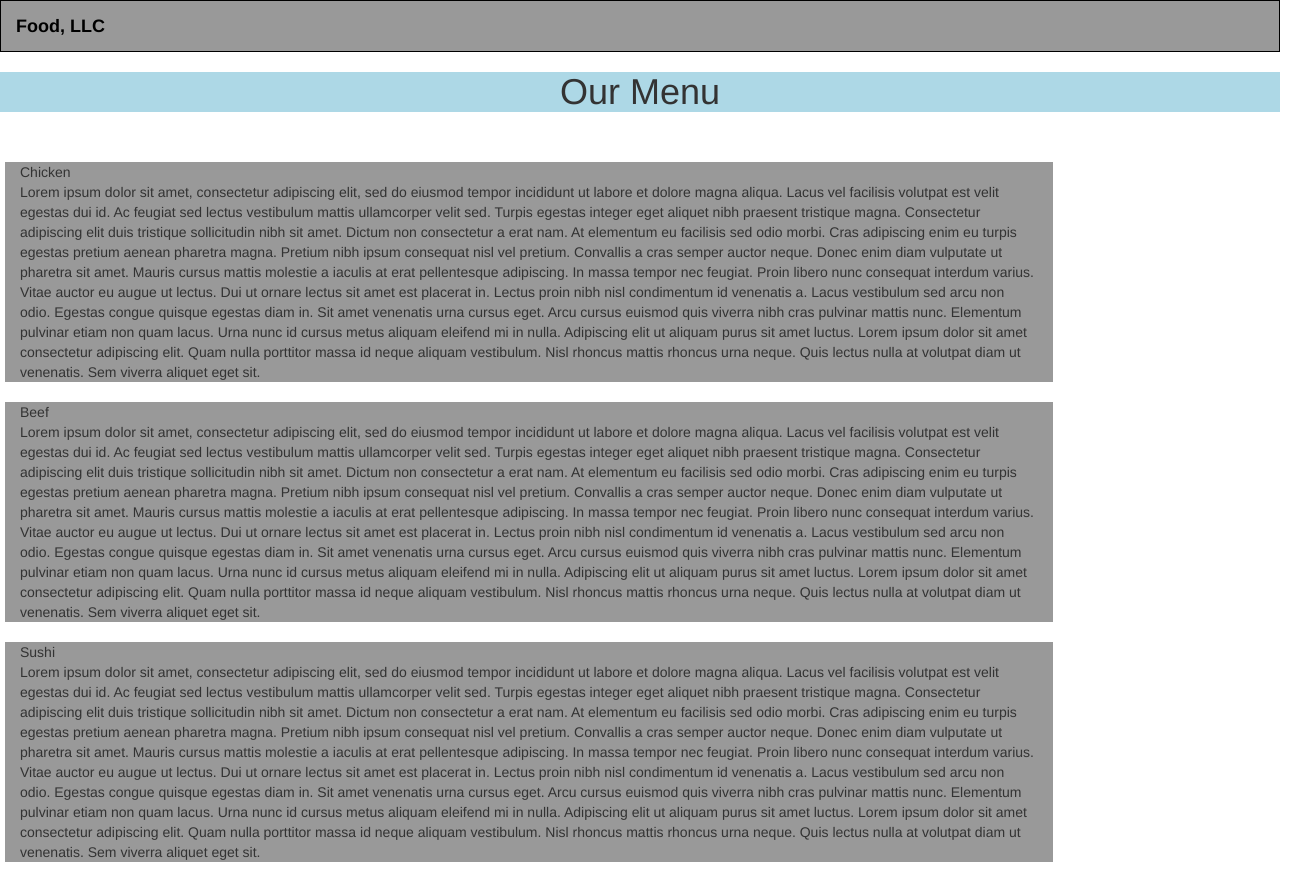
Repository: Cynthia-woo/coursera_frontend_JHU
Page: module3-solution/index.html
These files come from the project's save history. The page is drawn as it stood at one moment and after the next save; the edit follows.
The browser window is 1280 px wide. The page is 1295 px wide, so the pictures cover 1295 px, including what lies to the right of the window. The pictures show the whole page.

Above is the page before, as saved 2024-04-20 02:51:30.

### module3-solution/index.html
<!doctype html>
<html lang="en">
  <head>
    <meta charset="utf-8">
    <meta http-equiv="X-UA-Compatible" content="IE=edge">
    <meta name="viewport" content="width=device-width, initial-scale=1">

    <!-- HTML5 shim and Respond.js for IE8 support of HTML5 elements and media queries -->
    <!-- WARNING: Respond.js doesn't work if you view the page via file:// -->
    <!--[if lt IE 9]>
      <script src="https://oss.maxcdn.com/html5shiv/3.7.2/html5shiv.min.js"></script>
      <script src="https://oss.maxcdn.com/respond/1.4.2/respond.min.js"></script>
    <![endif]-->

    <title>Assignment3-solution</title>
    <link rel="stylesheet" href="css/bootstrap.min.css">
    <link rel="stylesheet" href="css/styles.css">
  </head>
<body>
    <header>
        <nav id="header-nav" class="navbar navbar-default">
          <div class="container-fluid">
            <div class="navbar-header">
              <div class="navbar-brand">
                <a href="index.html"><span>Food, LLC</span></a>
              </div>

              <button type="button" class="navbar-toggle collapsed" data-toggle="collapse" data-target="#collapsable-nav" aria-expanded="false">
                <span class="sr-only">Toggle navigation</span>
                <span class="icon-bar"></span>
                <span class="icon-bar"></span>
                <span class="icon-bar"></span>
              </button>
            </div>


            <div id="collapsable-nav" class="collapse navbar-collapse hidden-lg hidden-md">
               <ul id="nav-list" class="nav navbar-nav navbar-right">
                <li>
                  <a href="menu-categories.html">
                    <br class="hidden-xs">Chicken</a>
                </li>
                <li>
                  <a href="#">
                    </span><br class="hidden-xs">Beef</a>
                </li>
                <li>
                  <a href="#">
                    <br class="hidden-xs">Sushi</a>
                </li>
              </ul><!-- #nav-list -->
            </div><!-- .collapse .navbar-collapse -->
          </div><!-- .container -->
        </nav><!-- #header-nav -->
      </header>

      <h1 id="main_title">Our Menu</h1>

      <section>
        <div id="home-tiles" class="row">
            <div class="col-md-12 col-sm-12 col-xs-12">
                <div class="dish_title">Chicken</div>
                <div class="dish_detail">Lorem ipsum dolor sit amet, consectetur adipiscing elit, sed do eiusmod tempor incididunt ut labore et dolore magna aliqua. Lacus vel facilisis volutpat est velit egestas dui id. Ac feugiat sed lectus vestibulum mattis ullamcorper velit sed. Turpis egestas integer eget aliquet nibh praesent tristique magna. Consectetur adipiscing elit duis tristique sollicitudin nibh sit amet. Dictum non consectetur a erat nam. At elementum eu facilisis sed odio morbi. Cras adipiscing enim eu turpis egestas pretium aenean pharetra magna. Pretium nibh ipsum consequat nisl vel pretium. Convallis a cras semper auctor neque. Donec enim diam vulputate ut pharetra sit amet. Mauris cursus mattis molestie a iaculis at erat pellentesque adipiscing. In massa tempor nec feugiat. Proin libero nunc consequat interdum varius. Vitae auctor eu augue ut lectus.

                    Dui ut ornare lectus sit amet est placerat in. Lectus proin nibh nisl condimentum id venenatis a. Lacus vestibulum sed arcu non odio. Egestas congue quisque egestas diam in. Sit amet venenatis urna cursus eget. Arcu cursus euismod quis viverra nibh cras pulvinar mattis nunc. Elementum pulvinar etiam non quam lacus. Urna nunc id cursus metus aliquam eleifend mi in nulla. Adipiscing elit ut aliquam purus sit amet luctus. Lorem ipsum dolor sit amet consectetur adipiscing elit. Quam nulla porttitor massa id neque aliquam vestibulum. Nisl rhoncus mattis rhoncus urna neque. Quis lectus nulla at volutpat diam ut venenatis. Sem viverra aliquet eget sit.</div>
            </div>
            <div class="col-md-12 col-sm-12 col-xs-12">
                <div class="dish_title">Beef</div>
                <div class="dish_detail">Lorem ipsum dolor sit amet, consectetur adipiscing elit, sed do eiusmod tempor incididunt ut labore et dolore magna aliqua. Lacus vel facilisis volutpat est velit egestas dui id. Ac feugiat sed lectus vestibulum mattis ullamcorper velit sed. Turpis egestas integer eget aliquet nibh praesent tristique magna. Consectetur adipiscing elit duis tristique sollicitudin nibh sit amet. Dictum non consectetur a erat nam. At elementum eu facilisis sed odio morbi. Cras adipiscing enim eu turpis egestas pretium aenean pharetra magna. Pretium nibh ipsum consequat nisl vel pretium. Convallis a cras semper auctor neque. Donec enim diam vulputate ut pharetra sit amet. Mauris cursus mattis molestie a iaculis at erat pellentesque adipiscing. In massa tempor nec feugiat. Proin libero nunc consequat interdum varius. Vitae auctor eu augue ut lectus.

                    Dui ut ornare lectus sit amet est placerat in. Lectus proin nibh nisl condimentum id venenatis a. Lacus vestibulum sed arcu non odio. Egestas congue quisque egestas diam in. Sit amet venenatis urna cursus eget. Arcu cursus euismod quis viverra nibh cras pulvinar mattis nunc. Elementum pulvinar etiam non quam lacus. Urna nunc id cursus metus aliquam eleifend mi in nulla. Adipiscing elit ut aliquam purus sit amet luctus. Lorem ipsum dolor sit amet consectetur adipiscing elit. Quam nulla porttitor massa id neque aliquam vestibulum. Nisl rhoncus mattis rhoncus urna neque. Quis lectus nulla at volutpat diam ut venenatis. Sem viverra aliquet eget sit.</div>
            </div>
            <div class="col-md-12 col-sm-12 col-xs-12">
                <div class="dish_title">Sushi</div>
                <div class="dish_detail">Lorem ipsum dolor sit amet, consectetur adipiscing elit, sed do eiusmod tempor incididunt ut labore et dolore magna aliqua. Lacus vel facilisis volutpat est velit egestas dui id. Ac feugiat sed lectus vestibulum mattis ullamcorper velit sed. Turpis egestas integer eget aliquet nibh praesent tristique magna. Consectetur adipiscing elit duis tristique sollicitudin nibh sit amet. Dictum non consectetur a erat nam. At elementum eu facilisis sed odio morbi. Cras adipiscing enim eu turpis egestas pretium aenean pharetra magna. Pretium nibh ipsum consequat nisl vel pretium. Convallis a cras semper auctor neque. Donec enim diam vulputate ut pharetra sit amet. Mauris cursus mattis molestie a iaculis at erat pellentesque adipiscing. In massa tempor nec feugiat. Proin libero nunc consequat interdum varius. Vitae auctor eu augue ut lectus.

                    Dui ut ornare lectus sit amet est placerat in. Lectus proin nibh nisl condimentum id venenatis a. Lacus vestibulum sed arcu non odio. Egestas congue quisque egestas diam in. Sit amet venenatis urna cursus eget. Arcu cursus euismod quis viverra nibh cras pulvinar mattis nunc. Elementum pulvinar etiam non quam lacus. Urna nunc id cursus metus aliquam eleifend mi in nulla. Adipiscing elit ut aliquam purus sit amet luctus. Lorem ipsum dolor sit amet consectetur adipiscing elit. Quam nulla porttitor massa id neque aliquam vestibulum. Nisl rhoncus mattis rhoncus urna neque. Quis lectus nulla at volutpat diam ut venenatis. Sem viverra aliquet eget sit.</div>
            </div>
      </section>


  <!-- jQuery (Bootstrap JS plugins depend on it) -->
  <script src="js/jquery-1.11.3.min.js"></script>
  <script src="js/bootstrap.min.js"></script>
  <script src="js/script.js"></script>
</body>
</html>

### module3-solution/css/styles.css
* {
    margin: 0;
    padding: 0;
    box-sizing: border-box;
}
.navbar-default{
    background-color: #999;
    border: 1px solid black;
    border-radius: 0;
}

.navbar-brand a{
    color: black;
    font-weight: bold;
}

.navbar-brand a:hover {
    text-decoration: none;
}



#main_title {
    text-align: center;
    background-color: lightblue;
    margin-bottom: 50px;
}

.col-md-12, .col-sm-12, .col-xs-12 {
    width: 80%;
    margin: 0 20px 20px 20px;
    background-color: #999;
}

Loaded but not shown: module3-solution/css/bootstrap.min.css (library); module3-solution/js/jquery-1.11.3.min.js (library); module3-solution/js/bootstrap.min.js (library); module3-solution/js/script.js (no stored copy; drawn as an empty file)

After the next save:
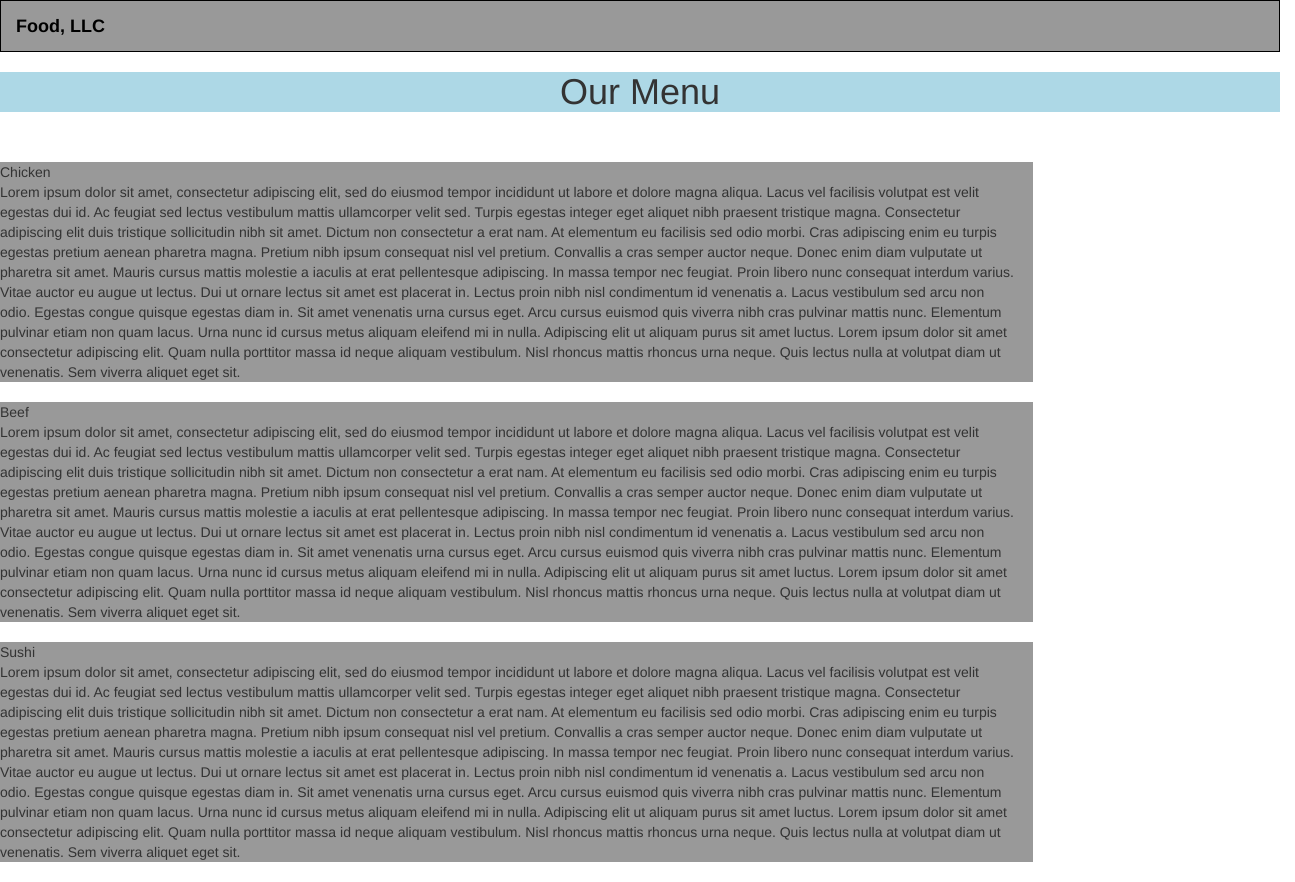
Saved 13 s later.
--- a/module3-solution/css/styles.css
+++ b/module3-solution/css/styles.css
@@ -28,6 +28,6 @@
 
 .col-md-12, .col-sm-12, .col-xs-12 {
     width: 80%;
-    margin: 0 20px 20px 20px;
+    margin: 0 auto 20px auto;
     background-color: #999;
 }
